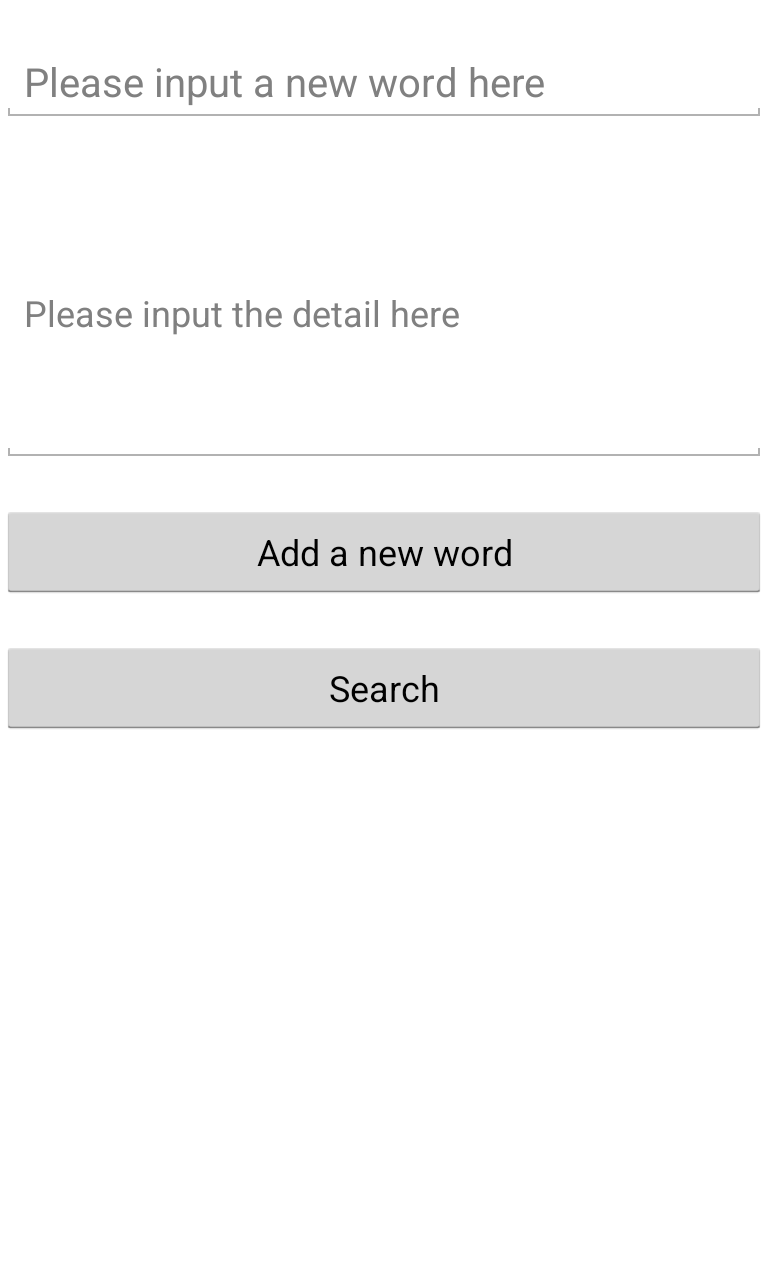
Repository: Liu-D-Henrry/Android
Layout: Dictionary/res/layout/main.xml
An editor plug-in stored every save of this project. The layout is shown before and after the next save, followed by the edit.
It is drawn on a 768 x 1280 px phone screen (xhdpi) without system bars, with theme AppTheme; the app's code is not run.

Above is the layout before, as saved 2013-09-04 08:53:38.

After the next save:
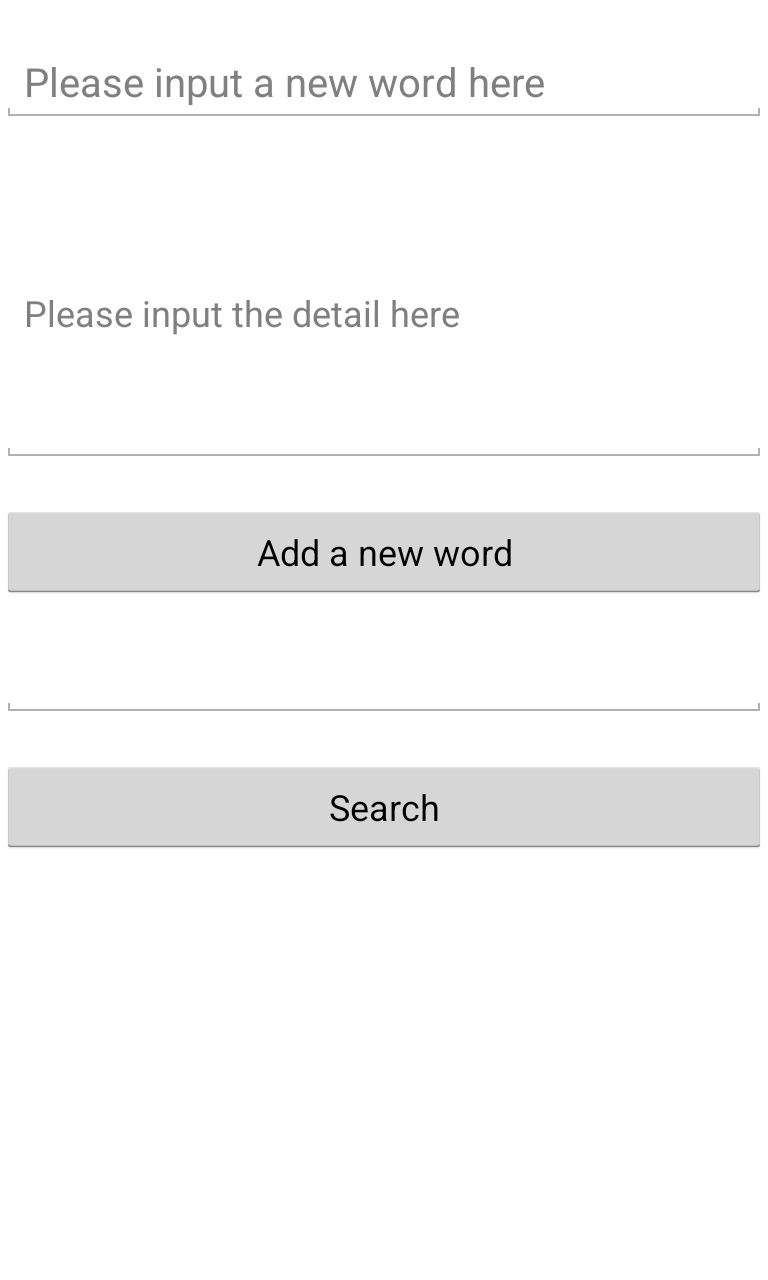
Saved 3 min 38 s later.
--- a/Dictionary/res/layout/main.xml
+++ b/Dictionary/res/layout/main.xml
@@ -26,6 +26,11 @@
         android:layout_marginTop="20dp"
 	    android:text="@string/textInsert" />
 
+	<EditText
+	    android:id="@+id/key"
+	    android:layout_width="match_parent"
+	    android:layout_height="wrap_content"
+	    android:layout_marginTop="20dp"/>
 	<Button
 	    android:id="@+id/search"
 	    android:layout_width="match_parent"
